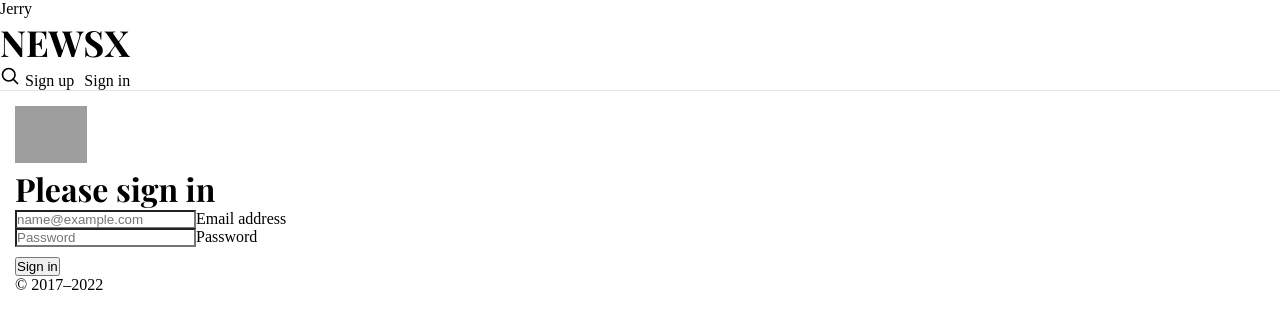
Repository: ofovweewere/newsx
Page: /login
The author's editor kept a copy of each file at every save. The page is drawn from the files as they stood at one save, then again after the next save.
The browser window is 1280 px wide. The pictures show the whole page.
Pictures or frames that could not be fetched are drawn as grey boxes. The project was rebuilt for these pictures with package versions that can differ from the ones it lists, and the page was loaded fresh each time. Some packages were replaced by stand-ins written for this rebuild. The framework's server and built-in components were replaced by stand-ins that run in the browser. Also part of the build but not shown: next.config.js.

Above is the page before, as saved 2023-01-22 14:17:18.

After the next save:
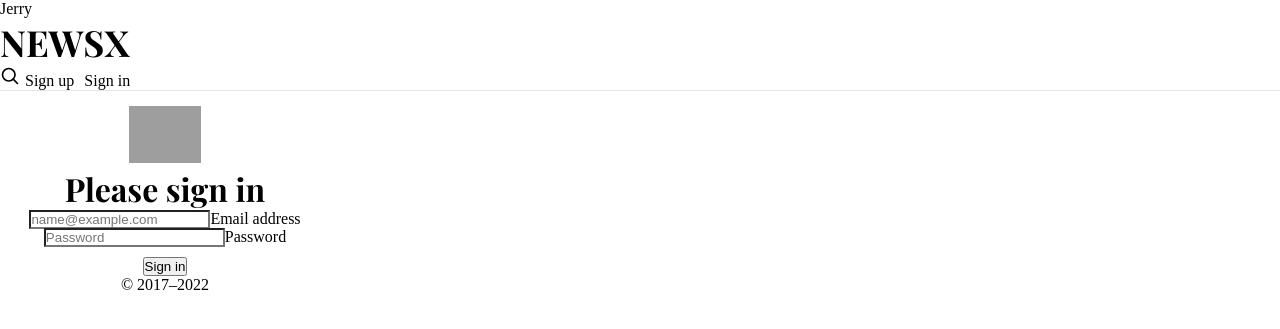
Saved 104 s later.
--- a/styles/globals.css
+++ b/styles/globals.css
@@ -222,3 +222,7 @@ body {
   border-top-left-radius: 0;
   border-top-right-radius: 0;
 }
+
+.form-signin {
+  text-align: center;
+}

After the save that followed:
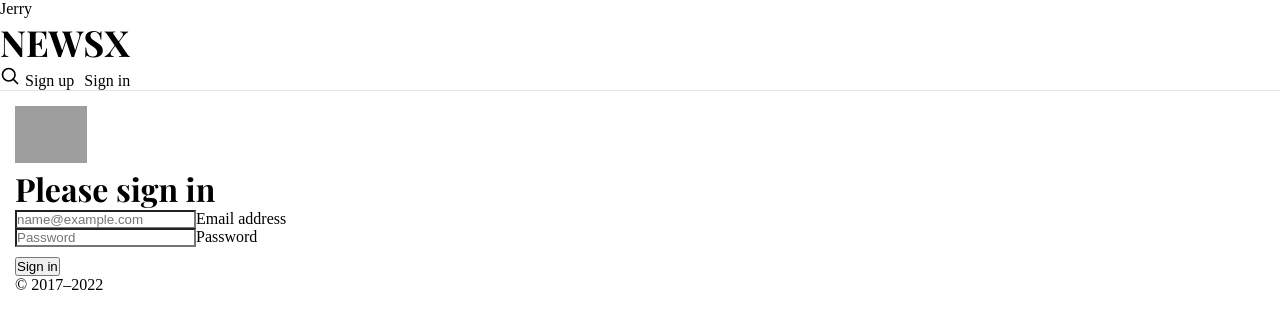
Saved 18 s later.
--- a/styles/globals.css
+++ b/styles/globals.css
@@ -224,5 +224,5 @@ body {
 }
 
 .form-signin {
-  text-align: center;
-}
+  /* text-align: center; */
+}
